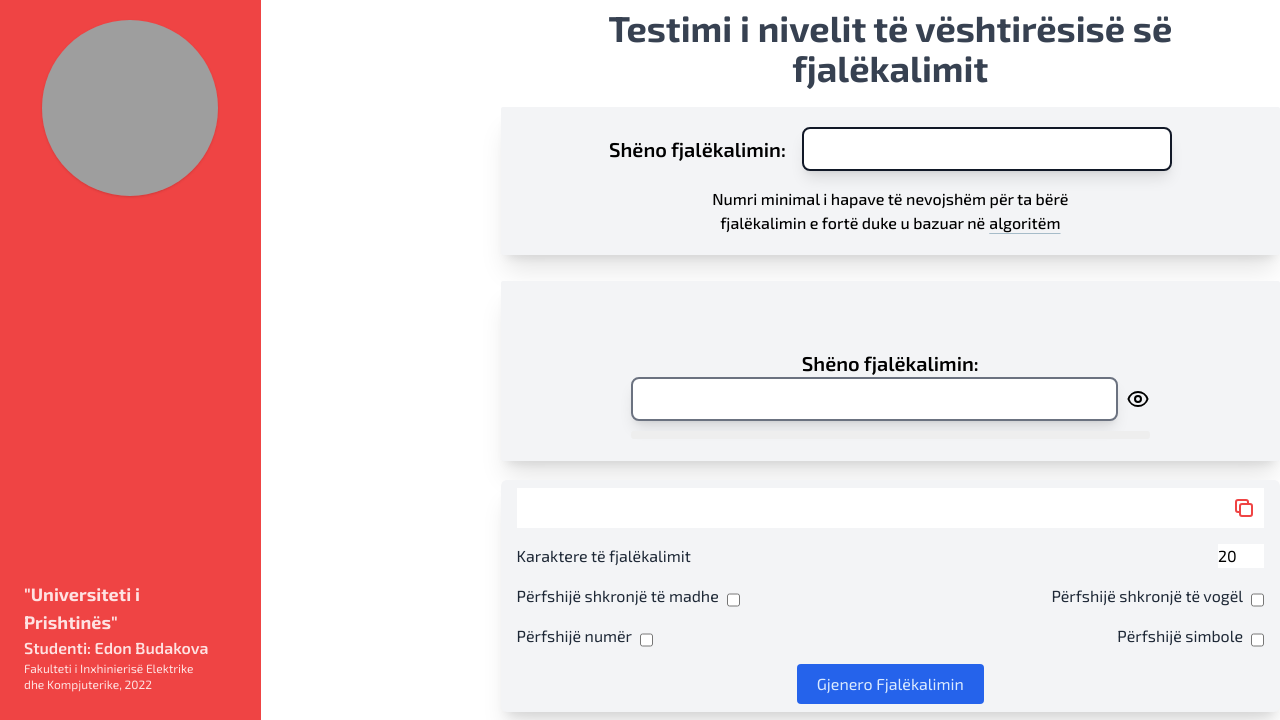
Repository: edonb99/Testing-the-level-of-password-difficulty
Page: /
The author's editor kept a copy of each file at every save. The page is drawn from the files as they stood at one save, then again after the next save.
The browser window is 1280 px wide. The pictures show the whole page.
Pictures or frames that could not be fetched are drawn as grey boxes. The project was rebuilt for these pictures with package versions that can differ from the ones it lists, and the page was loaded fresh each time.

Above is the page before, as saved 2022-03-22 14:38:40.

After the next save:
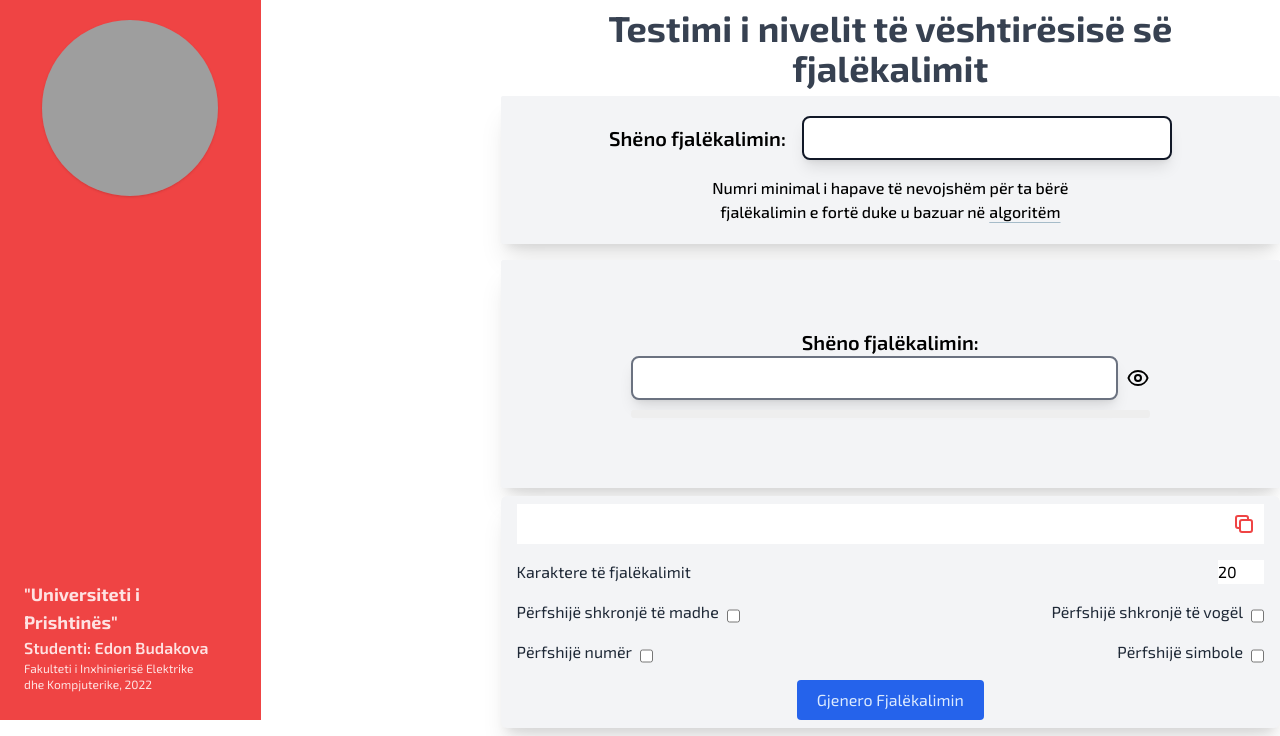
Saved 23 s later.
--- a/src/components/PasswordChecker.jsx
+++ b/src/components/PasswordChecker.jsx
@@ -56,7 +56,7 @@ const PasswordChecker = (props) => {
         max="4"
       />
       <br />
-      <p className="text-base">
+      <p className="h-12 text-base">
         {password && (
           <p
             className={`text-center text-base md:text-xl font-medium password__label strength-${
